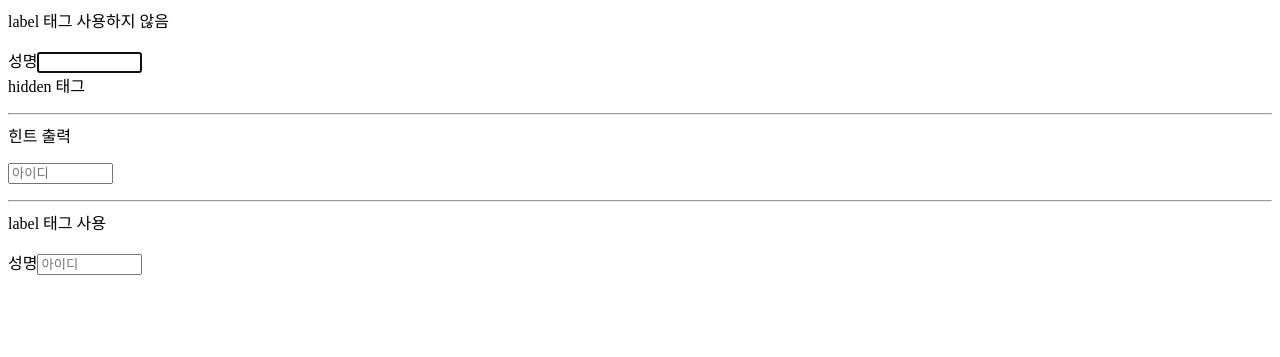
Repository: roditee/Frontend_ex
Page: HTML01/src/main/webapp/form.html
These files come from the project's save history. The page is drawn as it stood at one moment and after the next save; the edit follows.
The browser window is 1280 px wide. The pictures show the whole page.

Above is the page before, as saved 2021-12-02 07:44:17.

After the next save:
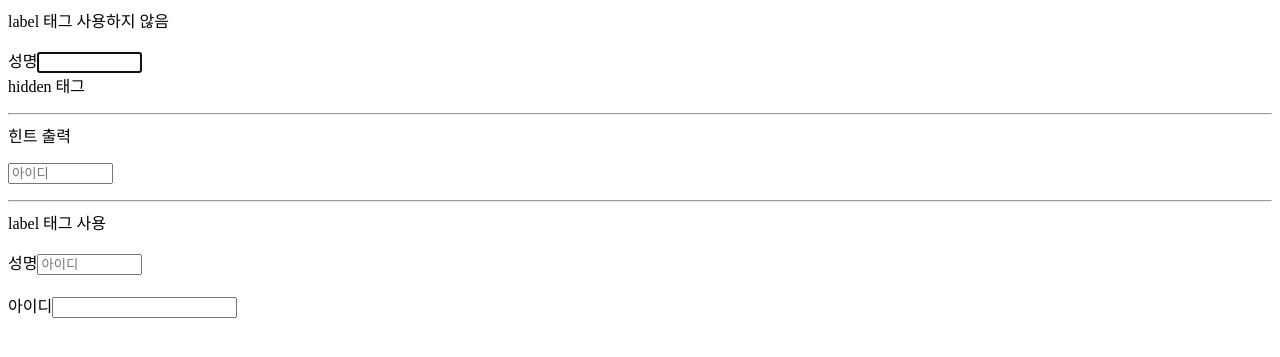
Saved 73 s later.
--- a/HTML01/src/main/webapp/form.html
+++ b/HTML01/src/main/webapp/form.html
@@ -18,7 +18,8 @@
 			<hr>
 
 			label 태그 사용<p>
-			<label>성명<input type="text" name="name2" size="10" placeholder="아이디"></label><br>
+			<label>성명<input type="text" name="name2" size="10" placeholder="아이디"></label><br><br>
+			<label>아이디<input type="id" name="name2" maxlength="8"></label><br><br>
 		</form>
 	</body>
 </html>
